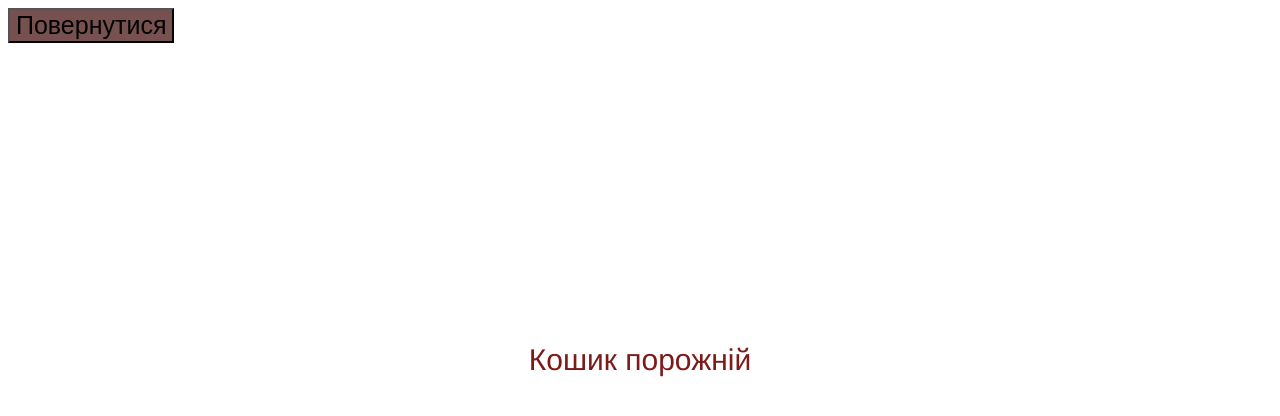
Repository: kristinap8/pharmacy
Page: /cart
An editor plug-in stored every save of this project. The page is shown before and after the next save, followed by the edit.
The browser window is 1280 px wide. The pictures show the whole page.
The project was rebuilt for these pictures with package versions that can differ from the ones it lists, and the page was loaded fresh each time. Also part of the build but not shown: src/components/AddMedicineForm/index.vue, src/pages/AddMedicine/index.vue, src/components/EditMedicineForm/index.vue, src/pages/EditMedicine/index.vue, src/components/MedicinesList/MedicineCard/index.vue, src/components/MedicinesList/index.vue, src/pages/AllMedicines/index.vue.

Above is the page before, as saved 2020-12-10 00:51:09.

### src/main.js
import Vue from 'vue'
import App from './App.vue'
import router from "./router"
import store from "./store"

Vue.config.productionTip = false

new Vue({
  store,
  router,
  render: h => h(App),
}).$mount('#app')

### src/App.vue
<template>
  <div id="app">
    <router-view/>
  </div>
</template>

<script>
export default {
  name: "App",
  components: {},
};
</script>

<style>
#app {
  font-family: Avenir, Helvetica, Arial, sans-serif;
  -webkit-font-smoothing: antialiased;
  -moz-osx-font-smoothing: grayscale;
  color: #2c3e50;
}
</style>

### src/router.js
import Vue from "vue";
import VueRouter from "vue-router";
import AddMedicine from "@/pages/AddMedicine";
import EditMedicine from "@/pages/EditMedicine";
import AllMedicines from "@/pages/AllMedicines";
import Cart from "@/pages/Cart";

Vue.use(VueRouter);

const routes=[
    {
        path:'/',
        name:'all-medicines',
        component:AllMedicines
    },
    {
        path:'/edit_medicine/:medicine_id',
        name:'edit-medicine',
        component:EditMedicine
    },
    {
        path:'/add_medicine',
        name:'add-medicine',
        component:AddMedicine
    },
    {
        path:'/cart',
        name:'cart',
        component:Cart
    },

]

const router=new VueRouter({
    mode:"history",
    routes
});

export default router;

### src/store/index.js
import Vue from "vue";
import Vuex from "vuex";
import { v4 as uuid_v4 } from 'uuid'

Vue.use(Vuex)
const store=new Vuex.Store({
    state:{
      medicinesList:[
          {
              id:1,
              name:'Но-шпа',
              price:60.48,
              requirements:"Спазми гладкої мускулатури, пов'язані з захворюваннями біліарного тракту: холецистолітіаз, холангіолітіаз, холецистит, перихолецистит, холангіт, папіліт. Спазми гладкої мускулатури при захворюваннях сечового тракту: нефролітіаз, уретролітіаз, пієліт, цистит, тенезми сечового міхура.",
              maker:"Chinoin (Угорщина)"

          },
          {
            id:2,
            name:"Діазолін",
            price:19.19,
            requirements:"Профілактика і лікування сезонного та алергічного риніту, полінозу, кропив'янки, харчової та медикаментозної алергії, дерматозів, що супроводжуються свербежем шкіри (екзема, нейродерміт).",
            maker:"Фармак ОАО (Україна, Київ)"

        },
        {
            id:3,
            name:"Амоксил",
            price:81.77,
            requirements:"Інфекції органів дихання, сечостатевої системи, травного тракту (у тому числі у комбінації з метронідазолом або кларитроміцином застосовують для лікування захворювань, асоційованих із Helicobacter pylori), шкіри та м’яких тканин, спричинені чутливими до лікарського засобу мікроорганізмами.",
            maker:"Киевмедпрепарат ОАО (Україна, Київ)"

        }
      ],
      cart:[],
      cartItemsCount:0
    },
    mutations:{
        addMedicine(state, data) {
            state.medicinesList.push({
             id: uuid_v4(),
             ...data,
           })
         },
         deleteMedicine(state,id){
             let medicines=state.medicinesList.filter(medicine=>medicine.id!=id)
             state.medicinesList=medicines;
         },
         editMedicine(state,medicine){
             state.medicinesList.forEach(m=>{
                 if(m.id==medicine.id){
                     m=medicine;
                 }
             } )
         },
         addToCart(state,medicine){
            let isMedicineExists=state.cart.find(m => m.id == medicine.id);

            if (isMedicineExists) {
                isMedicineExists.quantity ++;
                isMedicineExists.totalPrice = (isMedicineExists.quantity * isMedicineExists.price).toFixed(2);
            } else {
                state.cart.push(medicine);

                Vue.set(medicine, 'quantity', 1);
                Vue.set(medicine, 'totalPrice', medicine.price);
            }
             state.cartItemsCount++
         },
         deleteItemFromCart(state,medicine){
            let index = state.cart.indexOf(medicine);
            if (index > -1) {
                let item= state.cart[index];
                state.cartItemsCount -= item.quantity;
                state.cart.splice(index, 1);
            }
         }
    },
    actions:{
        addMedicine({ commit }, medicine) {
            commit('addMedicine', medicine)
         },
          deleteMedicine({commit},id){
              commit('deleteMedicine',id)
          },
          editMedicine({commit},medicine){
              commit('editMedicine',medicine)
          },
          addToCart({commit},medicine){
              commit('addToCart',medicine)
          },
          deleteItemFromCart({commit},medicine){
              commit("deleteItemFromCart",medicine)
          }

    },
    getters:{
        getMedicines:(state)=> state.medicinesList,
        getMedicineById:(state)=>(id)=>{return state.medicinesList.find(m=>m.id===id)},
        getMedicinesInCart:(state)=>state.cart,
     },
    modules:{

    }
})

export default store

### src/pages/Cart/index.vue
<template>
    <div>
      <cart-form/>
    </div>
</template>

<script>
import CartForm from "../../components/CartForm"
    export default {
        name:"Cart",
        components: {
            CartForm,
        },
    }
</script>

<style lang="scss" scoped>

</style>

### src/components/CartForm/index.vue
<template>
    <div>
        <div v-if="getMedicinesInCart.length>0">
            <div class="item-container" v-for="item in getMedicinesInCart"
            :key="item.id"
            >
            <b> Назва медичного препарату:</b>
            {{ item.name }} <br/>
           <b> Ціна за одиницю:</b>
            {{item.price}} грн.<br/>
            <b>Кількість:</b>
            {{ item.quantity }} шт.<br/>
            <b>Ціна:</b>
            {{ item.totalPrice }} грн.<br/>
           <button class='delete-btn' @click="onDeleteItemFromCart(item)">Видалити</button>
            </div>
            <div class="total">
           <b> Всього:{{total}} грн.</b>
           </div>
        </div>
        <div v-else class="empty-cart">
         Кошик порожній
        </div>
        <router-link to="/" tag="button" class="return-btn">Повернутися</router-link>
    </div>
</template>

<script>
import {mapGetters} from "vuex"
 export default {
        name:"CartForm",
        computed: {
            ...mapGetters(['getMedicinesInCart']),
            total(){
                let sum=0
                for(let medicine of this.getMedicinesInCart){
                    sum+=Number(medicine.totalPrice)
                }
                return sum.toFixed(2)
            }
         },
         methods: {
             onDeleteItemFromCart(medicine) {
                 this.$store.dispatch('deleteItemFromCart',medicine)
             }
         },


    }
</script>

<style lang="scss" scoped>
.item-container {
  width: 400px;
  height: 100px;
  border: 2px solid rgb(89, 97, 89);
  border-radius: 5px;
  background: #ccc;
  padding: 5px;
  margin:10px;
  text-align: left;
}
.delete-btn{
    background: rgb(119, 80, 80);
}
.total{
    text-align: center;
    font-size: 30px;
    text-decoration: underline;
}
.empty-cart{
    color:rgb(126, 26, 26);
    font-size: 30px;
    position: absolute;
    top: 50%;
    left: 50%;
    margin-right: -50%;
    transform: translate(-50%, -50%)
}
.return-btn{
    background: rgb(119, 80, 80);
    font-size:25px;
}
</style>

Loaded but not shown: public/index.html (common file)

After the next save:
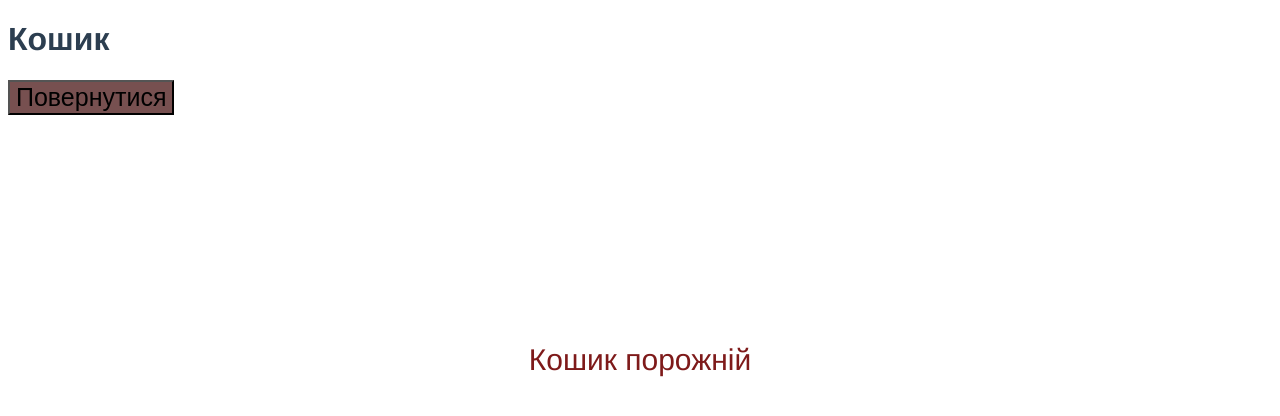
Saved 55 s later.
--- a/src/components/CartForm/index.vue
+++ b/src/components/CartForm/index.vue
@@ -1,5 +1,6 @@
 <template>
     <div>
+        <h1>Кошик</h1>
         <div v-if="getMedicinesInCart.length>0">
             <div class="item-container" v-for="item in getMedicinesInCart"
             :key="item.id"
